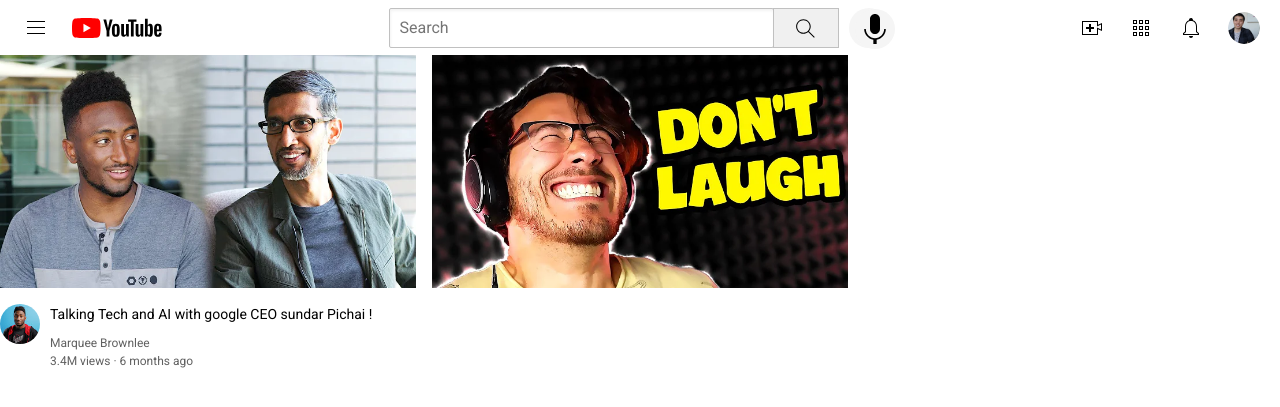
Repository: knowledgeAlan/html-css-thirteen
Page: youtube.html
An editor plug-in stored every save of this project. The page is shown before and after the next save, followed by the edit.
The browser window is 1280 px wide. The pictures show the whole page.

Above is the page before, as saved 2024-03-19 17:24:33.

After the next save:
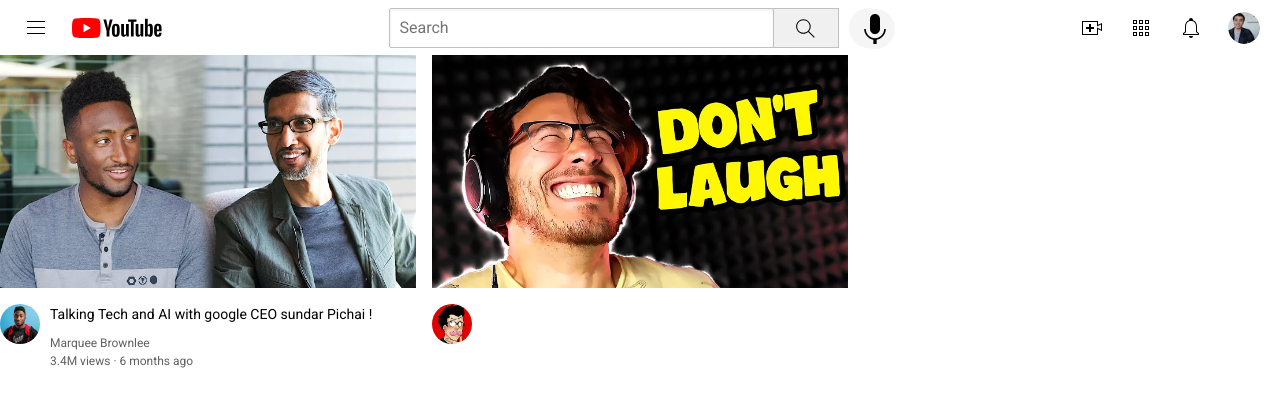
Saved 102 s later.
--- a/youtube.html
+++ b/youtube.html
@@ -85,6 +85,12 @@
                         <img class="thumbnail" src="thumbnails/thumbnail-2.webp">
 
                     </div>
+
+                    <div class="=video-info-grid">
+                        <div class="channel-picture">
+                            <img class="profile-picture" src="channel-pictures/channel-2.jpeg">
+                        </div>
+                    </div>
             </div>
 
         </div>
